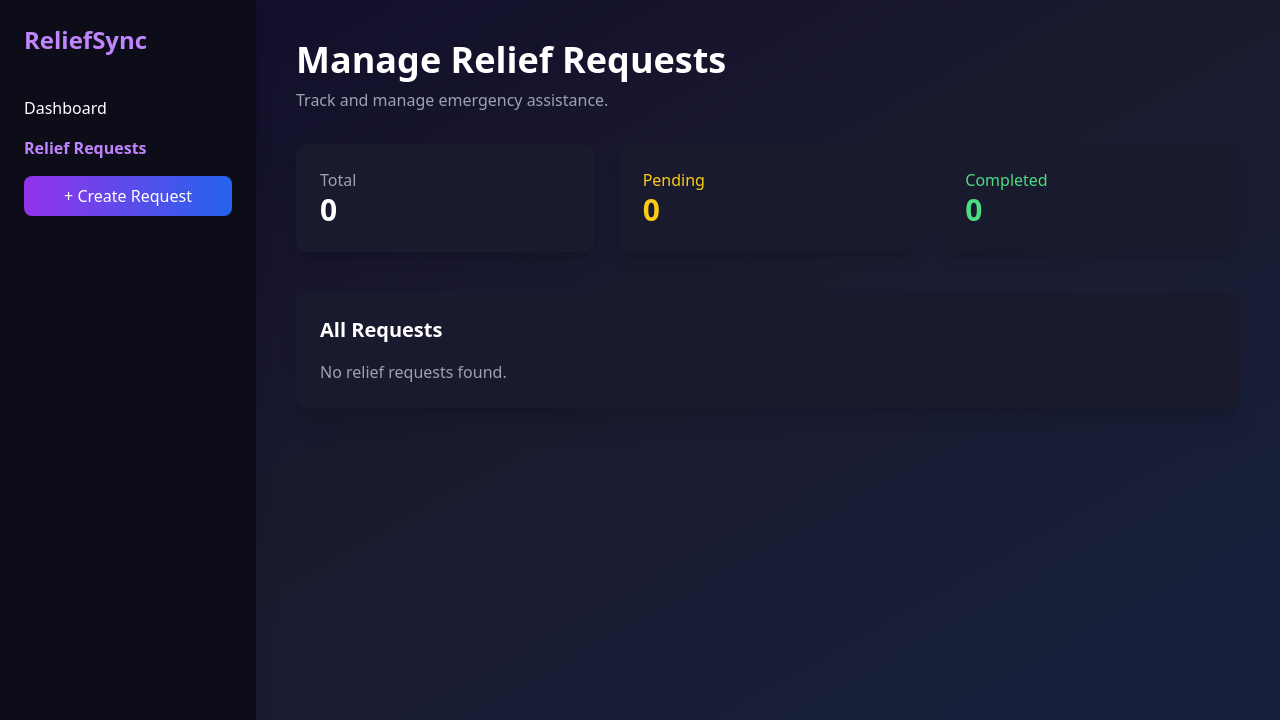
Repository: Gazal1116/Reliefsync
Page: /request (app in Frontend/)
These files come from the project's save history. The page is drawn as it stood at one moment and after the next save; the edit follows.
The browser window is 1280 px wide. The pictures show the whole page.
The page's requests for data from a server got no answer. The project was rebuilt for these pictures with package versions that can differ from the ones it lists, and the page was loaded fresh each time. No one was signed in, and anything a server would have sent is missing. Also part of the build but not shown: Frontend/vite.config.js, Frontend/src/components/register.jsx, Frontend/src/components/login.jsx.

Above is the page before, as saved 2026-03-03 17:51:11.

### Frontend/index.html
<!doctype html>
<html lang="en">
  <head>
    <meta charset="UTF-8" />
    <link rel="icon" type="image/svg+xml" href="/vite.svg" />
    <meta name="viewport" content="width=device-width, initial-scale=1.0" />
    <title>reliefsync</title>
  </head>
  <body>
    <div id="root"></div>
    <script type="module" src="/src/main.jsx"></script>
  </body>
</html>

### Frontend/src/index.css
/* stylelint-disable */
@tailwind base;
@tailwind components;
@tailwind utilities;

### Frontend/src/App.jsx
import { BrowserRouter, Routes, Route } from "react-router-dom";
import Register from "./components/register";
import Login from "./components/login";
import ReliefRequests from "./components/reliefrequest";


function App() {
  return (
    <BrowserRouter>
      <Routes>
        {/* Make Register the default page */}
        <Route path="/" element={<Register />} />
        <Route path="/login" element={<Login />} />
        <Route path="/request" element={<ReliefRequests />} />
      </Routes>
    </BrowserRouter>
  );
}

export default App;

### Frontend/src/components/reliefrequest.jsx
import React, { useState, useEffect } from "react";
import axios from "axios";

const ReliefRequests = () => {
  const [requests, setRequests] = useState([]);
  const [showModal, setShowModal] = useState(false);

  const [formData, setFormData] = useState({
    title: "",
    location: "",
    priority: "Medium",
  });

  // 🔥 Fetch Requests
  const fetchRequests = async () => {
    try {
      const res = await axios.get(
        "http://localhost:5000/api/reliefrequests"
      );
      setRequests(res.data);
    } catch (err) {
      console.log(err);
    }
  };

  useEffect(() => {
    fetchRequests();
  }, []);

  // 🔥 Handle Input
  const handleChange = (e) => {
    setFormData({
      ...formData,
      [e.target.name]: e.target.value,
    });
  };

  // 🔥 Submit Form
  const handleSubmit = async (e) => {
    e.preventDefault();

    try {
      await axios.post(
        "http://localhost:5000/api/reliefrequests",
        formData
      );

      setFormData({
        title: "",
        location: "",
        priority: "Medium",
      });

      fetchRequests();
      setShowModal(false);
    } catch (err) {
      console.log(err);
    }
  };

  // 🔥 Stats
  const total = requests.length;
  const pending = requests.filter(
    (r) => r.status === "Pending"
  ).length;
  const completed = requests.filter(
    (r) => r.status === "Completed"
  ).length;

  return (
    <div className="flex min-h-screen bg-gradient-to-br from-[#0f0c29] via-[#1b1b2f] to-[#16213e] text-white">

      {/* Sidebar */}
      <div className="w-64 bg-[#0d0d1a] p-6 shadow-xl">
        <h1 className="text-2xl font-bold text-purple-400 mb-10">
          ReliefSync
        </h1>

        <ul className="space-y-4">
          <li className="hover:text-purple-400 cursor-pointer">
            Dashboard
          </li>

          <li className="text-purple-400 font-semibold">
            Relief Requests
          </li>

          <li className="mt-8">
            <button
              onClick={() => setShowModal(true)}
              className="w-full py-2 rounded-lg bg-gradient-to-r from-purple-600 to-blue-600 hover:scale-105 transition-all duration-300"
            >
              + Create Request
            </button>
          </li>
        </ul>
      </div>

      {/* Main Content */}
      <div className="flex-1 p-10">

        <h2 className="text-4xl font-bold mb-2">
          Manage Relief Requests
        </h2>

        <p className="text-gray-400 mb-8">
          Track and manage emergency assistance.
        </p>

        {/* Stats Cards */}
        <div className="grid grid-cols-3 gap-6 mb-10">
          <div className="bg-[#1a1a2e] p-6 rounded-xl shadow-lg">
            <p className="text-gray-400">Total</p>
            <h3 className="text-3xl font-bold">{total}</h3>
          </div>

          <div className="bg-[#1a1a2e] p-6 rounded-xl shadow-lg">
            <p className="text-yellow-400">Pending</p>
            <h3 className="text-3xl font-bold text-yellow-400">
              {pending}
            </h3>
          </div>

          <div className="bg-[#1a1a2e] p-6 rounded-xl shadow-lg">
            <p className="text-green-400">Completed</p>
            <h3 className="text-3xl font-bold text-green-400">
              {completed}
            </h3>
          </div>
        </div>

        {/* Request List */}
        <div className="bg-[#1a1a2e] p-6 rounded-xl shadow-xl">
          <h3 className="text-xl font-semibold mb-4">
            All Requests
          </h3>

          {requests.length === 0 ? (
            <p className="text-gray-400">
              No relief requests found.
            </p>
          ) : (
            <div className="space-y-4">
              {requests.map((req) => (
                <div
                  key={req._id}
                  className="p-4 bg-[#0f3460] rounded-lg"
                >
                  <h4 className="font-semibold">
                    {req.title}
                  </h4>
                  <p className="text-sm text-gray-300">
                    {req.location}
                  </p>
                  <p className="text-sm mt-2">
                    Priority:{" "}
                    <span className="text-purple-400">
                      {req.priority}
                    </span>
                  </p>
                  <p className="text-sm">
                    Status:{" "}
                    <span className="text-yellow-400">
                      {req.status}
                    </span>
                  </p>
                </div>
              ))}
            </div>
          )}
        </div>

      </div>

      {/* 🔥 Modal */}
      {showModal && (
        <div className="fixed inset-0 flex items-center justify-center bg-black bg-opacity-60 z-50">
          <div className="bg-[#1a1a2e] p-8 rounded-xl w-96 relative shadow-2xl">

            <button
              onClick={() => setShowModal(false)}
              className="absolute top-3 right-3 text-gray-400 hover:text-white"
            >
              ✕
            </button>

            <h3 className="text-xl font-semibold mb-4">
              Add New Request
            </h3>

            <form onSubmit={handleSubmit} className="space-y-4">

              <input
                type="text"
                name="title"
                value={formData.title}
                onChange={handleChange}
                placeholder="Request Title"
                className="w-full p-3 rounded-lg bg-[#0f3460] focus:outline-none"
                required
              />

              <input
                type="text"
                name="location"
                value={formData.location}
                onChange={handleChange}
                placeholder="Location"
                className="w-full p-3 rounded-lg bg-[#0f3460] focus:outline-none"
                required
              />

              <select
                name="priority"
                value={formData.priority}
                onChange={handleChange}
                className="w-full p-3 rounded-lg bg-[#0f3460]"
              >
                <option>Low</option>
                <option>Medium</option>
                <option>High</option>
              </select>

              <button
                type="submit"
                className="w-full py-3 rounded-lg bg-gradient-to-r from-purple-600 to-blue-600 hover:scale-105 transition-all"
              >
                Add Request
              </button>

            </form>
          </div>
        </div>
      )}

    </div>
  );
};

export default ReliefRequests;

Loaded but not shown: Frontend/src/main.jsx (common file); Frontend/tailwind.config.js (common file)

After the next save:
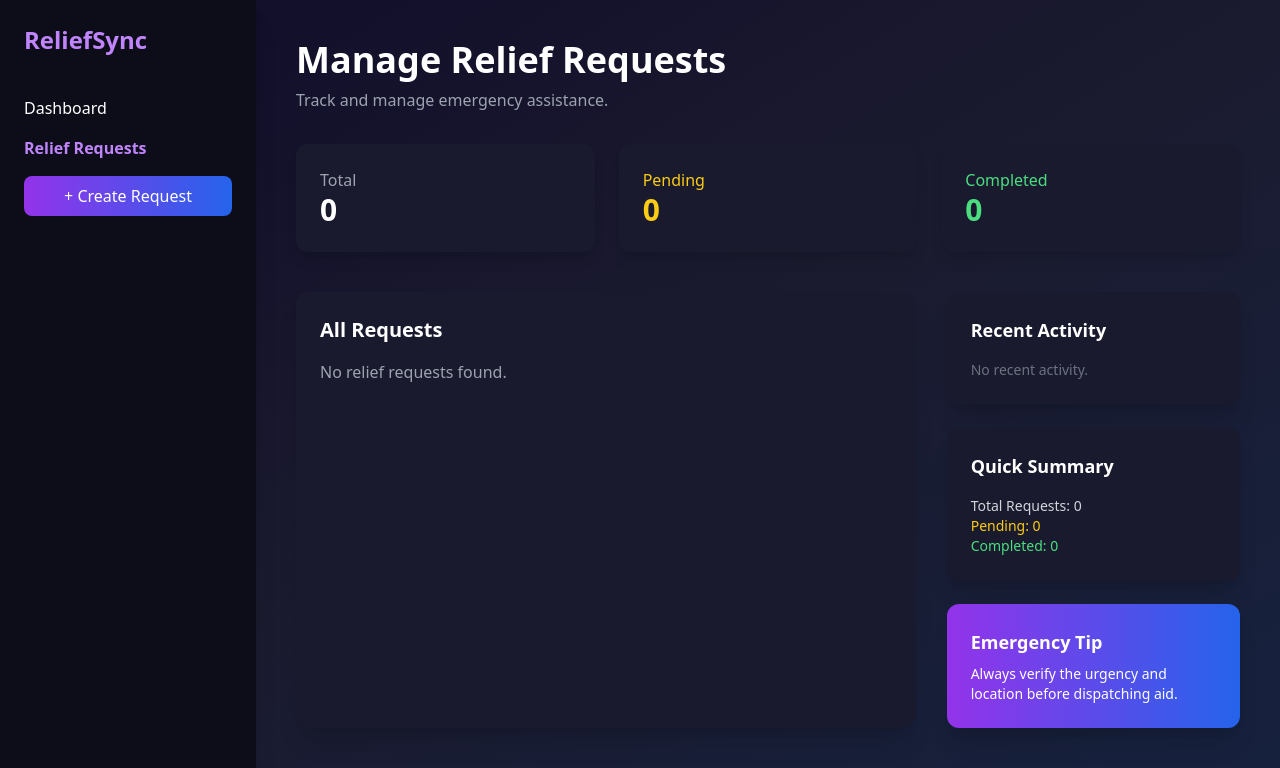
Saved 2 min 19 s later.
--- a/Frontend/src/components/reliefrequest.jsx
+++ b/Frontend/src/components/reliefrequest.jsx
@@ -11,7 +11,6 @@ const ReliefRequests = () => {
     priority: "Medium",
   });
 
-  // 🔥 Fetch Requests
   const fetchRequests = async () => {
     try {
       const res = await axios.get(
@@ -27,7 +26,6 @@ const ReliefRequests = () => {
     fetchRequests();
   }, []);
 
-  // 🔥 Handle Input
   const handleChange = (e) => {
     setFormData({
       ...formData,
@@ -35,10 +33,8 @@ const ReliefRequests = () => {
     });
   };
 
-  // 🔥 Submit Form
   const handleSubmit = async (e) => {
     e.preventDefault();
-
     try {
       await axios.post(
         "http://localhost:5000/api/reliefrequests",
@@ -58,7 +54,6 @@ const ReliefRequests = () => {
     }
   };
 
-  // 🔥 Stats
   const total = requests.length;
   const pending = requests.filter(
     (r) => r.status === "Pending"
@@ -107,7 +102,7 @@ const ReliefRequests = () => {
           Track and manage emergency assistance.
         </p>
 
-        {/* Stats Cards */}
+        {/* Stats */}
         <div className="grid grid-cols-3 gap-6 mb-10">
           <div className="bg-[#1a1a2e] p-6 rounded-xl shadow-lg">
             <p className="text-gray-400">Total</p>
@@ -129,50 +124,102 @@ const ReliefRequests = () => {
           </div>
         </div>
 
-        {/* Request List */}
-        <div className="bg-[#1a1a2e] p-6 rounded-xl shadow-xl">
-          <h3 className="text-xl font-semibold mb-4">
-            All Requests
-          </h3>
-
-          {requests.length === 0 ? (
-            <p className="text-gray-400">
-              No relief requests found.
-            </p>
-          ) : (
-            <div className="space-y-4">
-              {requests.map((req) => (
-                <div
-                  key={req._id}
-                  className="p-4 bg-[#0f3460] rounded-lg"
-                >
-                  <h4 className="font-semibold">
-                    {req.title}
-                  </h4>
-                  <p className="text-sm text-gray-300">
-                    {req.location}
-                  </p>
-                  <p className="text-sm mt-2">
-                    Priority:{" "}
-                    <span className="text-purple-400">
-                      {req.priority}
-                    </span>
-                  </p>
-                  <p className="text-sm">
-                    Status:{" "}
-                    <span className="text-yellow-400">
-                      {req.status}
-                    </span>
-                  </p>
+        {/* Main Grid */}
+        <div className="grid grid-cols-3 gap-8">
+
+          {/* LEFT - Requests */}
+          <div className="col-span-2 bg-[#1a1a2e] p-6 rounded-xl shadow-xl">
+            <h3 className="text-xl font-semibold mb-4">
+              All Requests
+            </h3>
+
+            {requests.length === 0 ? (
+              <p className="text-gray-400">
+                No relief requests found.
+              </p>
+            ) : (
+              <div className="space-y-4">
+                {requests.map((req) => (
+                  <div
+                    key={req._id}
+                    className="p-4 bg-[#0f3460] rounded-lg hover:scale-105 transition"
+                  >
+                    <h4 className="font-semibold">
+                      {req.title}
+                    </h4>
+                    <p className="text-sm text-gray-300">
+                      {req.location}
+                    </p>
+                    <p className="text-sm mt-2">
+                      Priority:{" "}
+                      <span className="text-purple-400">
+                        {req.priority}
+                      </span>
+                    </p>
+                    <p className="text-sm">
+                      Status:{" "}
+                      <span className="text-yellow-400">
+                        {req.status}
+                      </span>
+                    </p>
+                  </div>
+                ))}
+              </div>
+            )}
+          </div>
+
+          {/* RIGHT SIDE PANEL */}
+          <div className="space-y-6">
+
+            {/* Recent Activity */}
+            <div className="bg-[#1a1a2e] p-6 rounded-xl shadow-xl">
+              <h3 className="text-lg font-semibold mb-4">
+                Recent Activity
+              </h3>
+              {requests.slice(0, 3).map((req) => (
+                <div key={req._id} className="text-sm mb-3 text-gray-300">
+                  • {req.title}
                 </div>
               ))}
+              {requests.length === 0 && (
+                <p className="text-gray-500 text-sm">
+                  No recent activity.
+                </p>
+              )}
             </div>
-          )}
+
+            {/* Quick Summary */}
+            <div className="bg-[#1a1a2e] p-6 rounded-xl shadow-xl">
+              <h3 className="text-lg font-semibold mb-4">
+                Quick Summary
+              </h3>
+              <p className="text-sm text-gray-300">
+                Total Requests: {total}
+              </p>
+              <p className="text-sm text-yellow-400">
+                Pending: {pending}
+              </p>
+              <p className="text-sm text-green-400">
+                Completed: {completed}
+              </p>
+            </div>
+
+            {/* Emergency Tip */}
+            <div className="bg-gradient-to-r from-purple-600 to-blue-600 p-6 rounded-xl shadow-xl">
+              <h3 className="text-lg font-semibold mb-2">
+                Emergency Tip
+              </h3>
+              <p className="text-sm">
+                Always verify the urgency and location before dispatching aid.
+              </p>
+            </div>
+
+          </div>
+
         </div>
-
       </div>
 
-      {/* 🔥 Modal */}
+      {/* Modal */}
       {showModal && (
         <div className="fixed inset-0 flex items-center justify-center bg-black bg-opacity-60 z-50">
           <div className="bg-[#1a1a2e] p-8 rounded-xl w-96 relative shadow-2xl">
